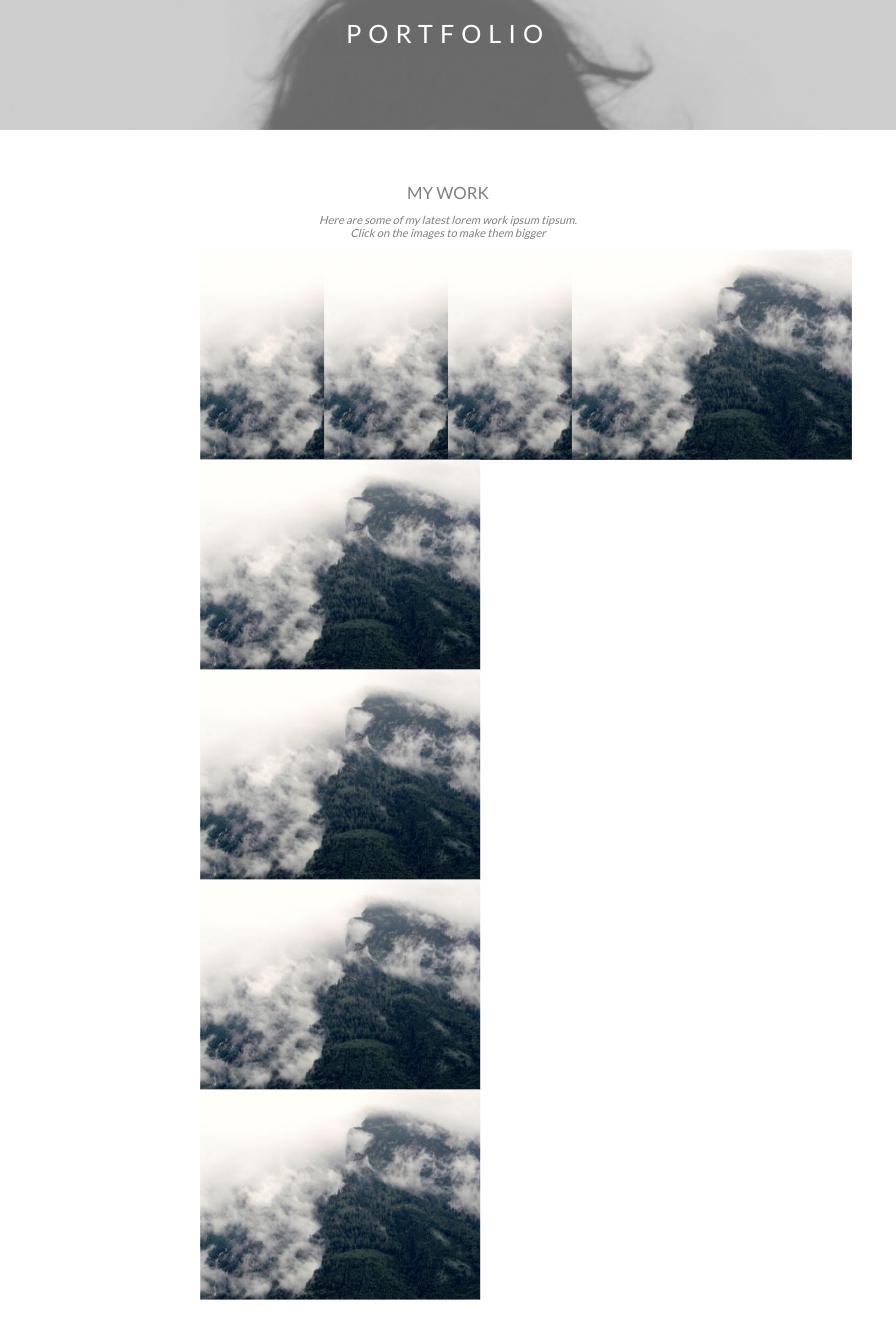
Repository: xd25vn/project-error
Page: index.html
An editor plug-in stored every save of this project. The page is shown before and after the next save, followed by the edit.
The browser window is 1280 px wide. The pictures show the part of the page from y = 2102 to 4022 px (the page is 4022 px tall before and 3855 px after), at 70% of full size.

Above is the page before, as saved 2023-09-03 14:07:57.

### index.html
<html lang="en">
<head>
    <meta charset="UTF-8">
    <meta name="viewport" content="width=device-width, initial-scale=1.0">
    <title>TEMPLATE PARALLAX</title>
    <link rel="stylesheet" href="./assets/base.css">
    <link rel="stylesheet" href="./assets/main.css">
    <link rel="stylesheet" href="https://fonts.googleapis.com/css?family=Lato">
    <link rel="stylesheet" href="./assets/font/fontawesome-free-6.4.0-web/fontawesome-free-6.4.0-web/css/all.min.css">
</head>
<body>
    <!--! HEADER -->
    <header>
        <!--? NAV -->
        <ul id="nav">
            <li><a href="#">Home</a></li>
            <li><a href="#"><i class="fa-solid fa-user"></i>About</a></li>
            <li><a href="#"><i class="fa fa-th"></i>Portfolio</a></li>
            <li><a href="#"><i class="fa-solid fa-envelope"></i>contact</a></li>
        </ul>
        <div class="nav-icon-search">
            <i class="fa-solid fa-magnifying-glass"></i>
        </div>
        <!--? NAV -->
    </header>
    <!--! HEADER -->
    <!--& SIDEBAR -->
    <div id="sidebar">
        <div class="sidebar-img-one"></div>
        <div class="sidebar-text-one">
            <span>MY WEBSITE LOGO</span>
        </div>
    </div>
    <!-- & SIDEBAR -->
    <div id="content">
        <div id="about">
            <h3 class="heading-section">ABOUT ME</h3>
            <p class="sub-heading-section">I love photography</p>
            <p class="about-section">We have created a fictional "personal" website/blog, and our fictional character is a hobby photographer. Lorem ipsum dolor sit amet, consectetur adipiscing elit, sed do eiusmod tempor incididunt ut labore et dolore magna aliqua. Ut enim ad minim veniam, quis nostrud exercitation ullamco laboris nisi ut aliquip ex ea commodo consequat. Duis aute irure dolor in reprehenderit in voluptate velit esse cillum dolore eu fugiat nulla pariatur. Excepteur sint occaecat cupidatat non proident, sunt in culpa qui officia deserunt mollit anim id est laborum consectetur adipiscing elit, sed do eiusmod tempor incididunt ut labore et dolore magna aliqua. Ut enim ad minim veniam, quis nostrud exercitation ullamco laboris nisi ut aliquip ex ea commodo consequat.</p>

            <div id="per-dec-one">
                <div class="per-img-one">
                    <div class="heading-per-one">
                        <b><i class="fa fa-user w3-margin-right"></i>My Name</b>
                    </div>
                    <br>
                    <div class="per-img">
                        <img src="./assets/image/per-dec-img/avatar_hat.jpg" alt="AVATER HAT">
                    </div>
                </div>

                <div class="per-text-one">
                    <p>Welcome to my website. I am lorem ipsum consectetur adipiscing elit, sed do eiusmod tempor incididunt ut labore et dolore magna aliqua. Ut enim ad minim veniam, quis nostrud exercitation ullamco laboris nisi ut aliquip ex ea commodo consequat. Duis aute irure dolor in reprehenderit in voluptate velit esse cillum dolore eu fugiat nulla pariatur. Excepteur sint occaecat cupidatat non proident, sunt in culpa qui officia deserunt mollit anim id est laborum consectetur adipiscing elit, sed do eiusmod tempor incididunt ut labore et dolore magna aliqua. Ut enim ad minim veniam, quis nostrud exercitation ullamco laboris nisi ut aliquip ex ea commodo consequat.</p>
                </div>
            </div>

            <div class="rate">
                <div class="rate-heading-one">
                        <p>Im really good at:</p>
                </div>
                <div class="wrapper-rate">
                    <div class="rate-section">
                        <div class="rate-section-text-one">
                            <p><i class="fa-solid fa-camera"></i>Photography</p>
                        </div>
                        <div class="rate-section-bg">
                            <div class="rate-section-sub-bg-one">
                                <p>90%</p>
                            </div>
                        </div>
                    </div>

                    <div class="rate-section">
                        <div class="rate-section-text-one">
                            <p><i class="fa-sharp fa-solid fa-desktop"></i>Web Design</p>
                        </div>
                        <div class="rate-section-bg">
                            <div class="rate-section-sub-bg-two">
                                <p>85%</p>
                            </div>
                        </div>
                    </div>

                    <div class="rate-section">
                        <div class="rate-section-text-one">
                            <p><i class="fa-solid fa-image"></i>Photoshop</p>
                        </div>
                        <div class="rate-section-bg">
                            <div class="rate-section-sub-bg-three">
                                <p>75%</p>
                            </div>
                        </div>
                    </div>
                </div>
            </div>
        </div>

        <div class="sum-number">
            <div class="value-section">
                <p class="heading-value">14+</p><br>
                <p>Partners</p>
            </div>

            <div class="value-section">
                <p class="heading-value">55+</p><br>
                <p>Projects Done</p>
            </div>

            <div class="value-section">
                <p class="heading-value">89+</p><br>
                <p>Happy Clients</p>
            </div>

            <div class="value-section">
                <p class="heading-value">150+</p><br>
                <p>Meetings</p>
            </div>
        </div>

        <div class="portfolio">
            <div class="heading-text">
                <p>PORTFOLIO</p>
            </div>
        </div>

        <div id="my-work">
            <div class="heading-work-one">
                <h3>MY WORK</h3>
            </div>

            <div class="sub-heading-work-one">
                <p>Here are some of my latest lorem work ipsum tipsum.<br>
                    Click on the images to make them bigger</p>
            </div>

            <div class="work-list-img">
                <div class="work-list-img-one">
                    <div class="work-img-com">
                        <img src="./assets/image/work-list-img/p1.jpg" alt="NONE">
                    </div>

                    <div class="work-img-com">
                        <img src="./assets/image/work-list-img/p1.jpg" alt="NONE">
                    </div>

                    <div class="work-img-com">
                        <img src="./assets/image/work-list-img/p1.jpg" alt="NONE">
                    </div>

                    <div class="work-img-com">
                        <img src="./assets/image/work-list-img/p1.jpg" alt="NONE">
                    </div>
                </div>
                <div class="work-list-img-two">
                    <div class="work-img-com">
                        <img src="./assets/image/work-list-img/p1.jpg" alt="NONE">
                    </div>

                    <div class="work-img-com">
                        <img src="./assets/image/work-list-img/p1.jpg" alt="NONE">
                    </div>

                    <div class="work-img-com">
                        <img src="./assets/image/work-list-img/p1.jpg" alt="NONE">
                    </div>

                    <div class="work-img-com">
                        <img src="./assets/image/work-list-img/p1.jpg" alt="NONE">
                    </div>
                </div>
            </div>
        </div>

        <div id="contact">

        </div>

        <div id="map-work">

        </div>
    </div>

    <footer id="footer">

    </footer>
</body>
</html>

### assets/base.css
* {
    margin: 0;
    padding: 0;
    box-sizing: border-box;
}
body {
    background-color: #fff;
    font-family: "Lato", sans-serif;
}

### assets/main.css
header {
    height: 43px;
    width: 100%;
    background-color: #fff;
    box-shadow: 0 0 10px rgba(0, 0, 0, 0.6);
    position: fixed;
    z-index: 1;
}

header #nav {
    display: flex;
    list-style: none;
    align-items: center;
    position: relative;
}

header #nav li {
    padding: 14px 16px;
    display: block;
}

header #nav li i {
    padding-right: 4px;
}

header
#nav
li a {
    text-decoration: none;
    color: #000;
    font-size: 15px;
    text-transform: uppercase;
}

header
#nav
li:hover {
    background: #ccc;
    cursor: pointer;
}

header
.nav-icon-search
i {
    position: absolute;
    top: 0;
    right: 0;
    padding: 14px 16px;
    text-align: center;
}

header .nav-icon-search:hover i {
    background-color: #f44336 !important;
    color: #fff;
    display: block;
    cursor: pointer;
}

#sidebar .sidebar-img-one {
    background: url(../assets/image/sidebar1.jpg) center / cover no-repeat;
    padding-top: calc(27% - 10.18px);
    opacity: 0.7;
    position: relative;
}

#sidebar .sidebar-text-one {
    background-color: #000 !important;
    position: absolute;
    padding: 12px 24px;
    left: 50%;
    transform: translateX(-50%);
    top: 23%;
    opacity: 0.8;
}

#sidebar .sidebar-text-one span {
    color: #fff;
    font-size: 24px;
    letter-spacing: 10;
}

#content #about {
    margin: 0px 270px;
    padding: 64px 16px;
}

#content #about .heading-section {
    margin: 10px 0px;
    font-size: 24px;
    font-weight: 400;
    text-align: center;
    opacity: 0.5;
}

#content #about .sub-heading-section {
    margin: 15px 0px;
    font-style: italic;
    text-align: center;
    opacity: 0.5;
}

#content #about .about-section {
    margin: 15px 0px;
    line-height: 1.8;
    opacity: 0.5;
}

#content #per-dec-one {
    display: flex;
}

#content #per-dec-one .per-img-one {
    padding: 12px 24px;
    text-align: center;
}

#content #per-dec-one .per-img-one .heading-per-one {
    margin: 15px 0px;
    font-size: 15px;
    opacity: 0.5;
}

#content #per-dec-one .per-img-one .heading-per-one i {
    padding-right: 8px;
}

#content #per-dec-one .per-img {
    width: 100%;
}

#content #per-dec-one .per-img img {
    height:  284px;
    width: 426px;
    opacity: 0.5;
}

#content #per-dec-one .per-img-one .per-img img:hover {
    opacity: 1;
}

#content #per-dec-one .per-text-one {
    margin: 15px 0;
    padding: 12px 24px;
    opacity: 0.5;
}

#content #per-dec-one .per-text-one p {
    line-height: 1.5;
}

#content .rate .rate-heading-one {
    margin: 18px 0px;
    padding: 16px 0px;
    text-align: center;
}

#content .rate .rate-heading-one p {
    font-size: 19px;
    opacity: 0.5;
}

.rate .rate-section .rate-section-text-one {
    margin: 15px 0;
}

.rate .rate-section .rate-section-text-one p {
    letter-spacing: 10px;
    font-size: 15px;
    opacity: 0.5;
}

.rate .rate-section .rate-section-bg {
    background-color: #f1f1f1;
    width: 100%;
}

.rate .rate-section .rate-section-bg .rate-section-sub-bg-one {
    background-color: #616161;
    width: 90%;
    padding: 6px 8px;
    text-align: center;
}

.rate .rate-section .rate-section-bg .rate-section-sub-bg-two {
    background-color: #616161;
    width: 85%;
    padding: 6px 8px;
    text-align: center;
}

.rate .rate-section .rate-section-bg .rate-section-sub-bg-three {
    background-color: #616161;
    width: 75%;
    padding: 6px 8px;
    text-align: center;
}

.rate .rate-section .rate-section-bg p {
    color: #fff;
}

#content .sum-number {
    display: flex;
    justify-content: space-evenly;
    background-color: #616161;
    padding: 16px 0px;
    text-align: center;
}

#content .sum-number .value-section {
    color: #fff;
    margin: 16px 0px;
}

#content .sum-number .value-section .heading-value {
    font-size: 24px;
}

#content .portfolio {
    background: url(../assets/image/parallax2.jpg) center / cover no-repeat;
    padding-top: 25%;
    width: 100%;
    opacity: 0.8;
    position: relative;
}

#content .portfolio .heading-text {
    position: absolute;
    top: 50%;
    left: 50%;
    transform: translateY(-50%);
    transform: translateX(-50%);
}

#content .portfolio .heading-text p {
    color: #fff;
    font-size: 36px;
    letter-spacing: 10px;
}

#content #my-work {
    margin: 0px 270px;
    padding: 64px 16px;
}

#content #my-work .heading-work-one {
    margin: 10px 0px;
    text-align: center;
}

#content #my-work .heading-work-one h3 {
    font-size: 24px;
    font-weight: 400;
    opacity: 0.5;
}

#content #my-work .sub-heading-work-one {
    text-align: center;
    margin: 15px 0px;
}

#content #my-work .sub-heading-work-one p {
    font-style: italic;
    opacity: 0.5;
}

#content #my-work .work-list-img .work-list-img-one {
    display: inline-flex;
    width: 100%;
}

#content #my-work .work-list-img .work-list-img-one .work-img-com {
    width: 25%;
}

Loaded but not shown: assets/font/fontawesome-free-6.4.0-web/fontawesome-free-6.4.0-web/css/all.min.css (library)

After the next save:
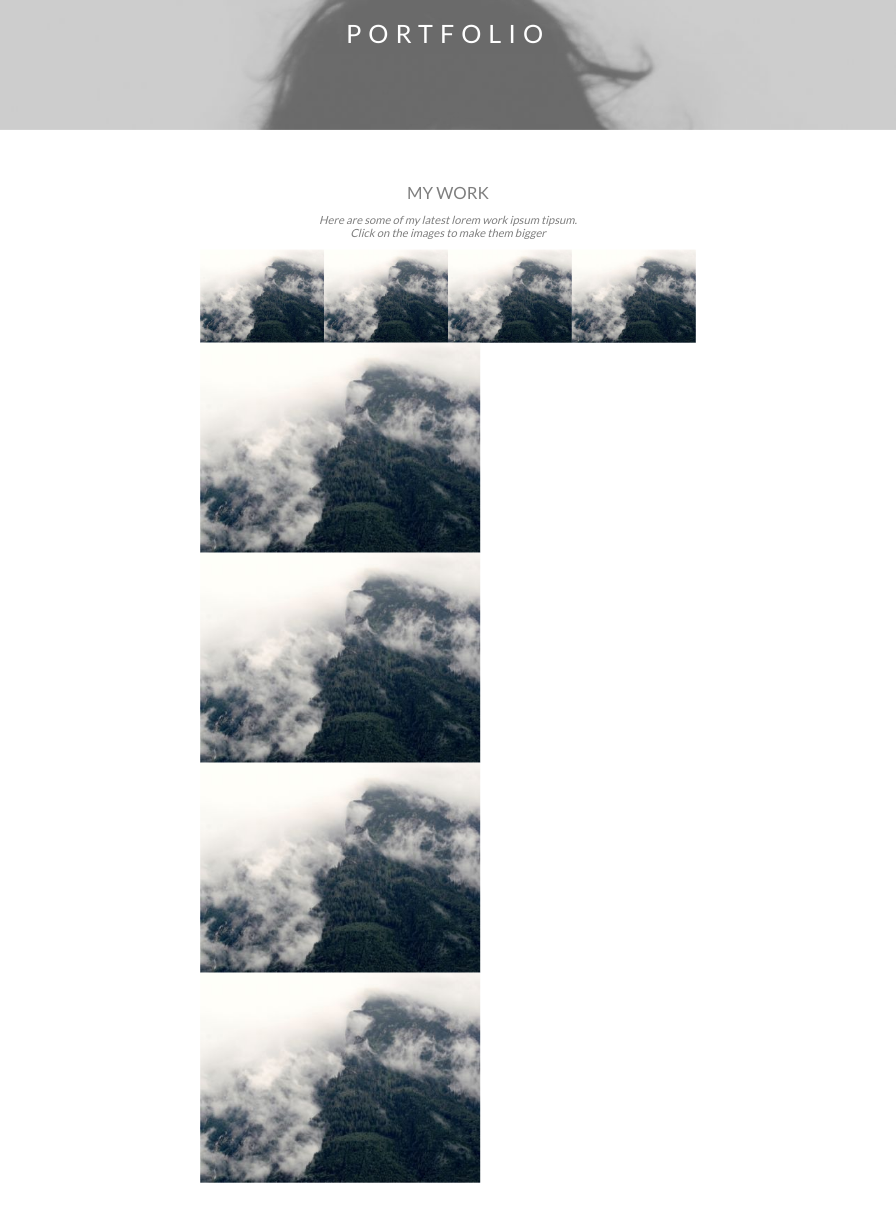
Saved 54 s later.
--- a/index.html
+++ b/index.html
@@ -136,19 +136,19 @@
             <div class="work-list-img">
                 <div class="work-list-img-one">
                     <div class="work-img-com">
-                        <img src="./assets/image/work-list-img/p1.jpg" alt="NONE">
+                        <img src="./assets/image/work-list-img/p1.jpg" style="width: 100%;" alt="NONE">
                     </div>
 
                     <div class="work-img-com">
-                        <img src="./assets/image/work-list-img/p1.jpg" alt="NONE">
+                        <img src="./assets/image/work-list-img/p1.jpg" style="width: 100%;" alt="NONE">
                     </div>
 
                     <div class="work-img-com">
-                        <img src="./assets/image/work-list-img/p1.jpg" alt="NONE">
+                        <img src="./assets/image/work-list-img/p1.jpg" style="width: 100%;" alt="NONE">
                     </div>
 
                     <div class="work-img-com">
-                        <img src="./assets/image/work-list-img/p1.jpg" alt="NONE">
+                        <img src="./assets/image/work-list-img/p1.jpg" style="width: 100%;" alt="NONE">
                     </div>
                 </div>
                 <div class="work-list-img-two">
